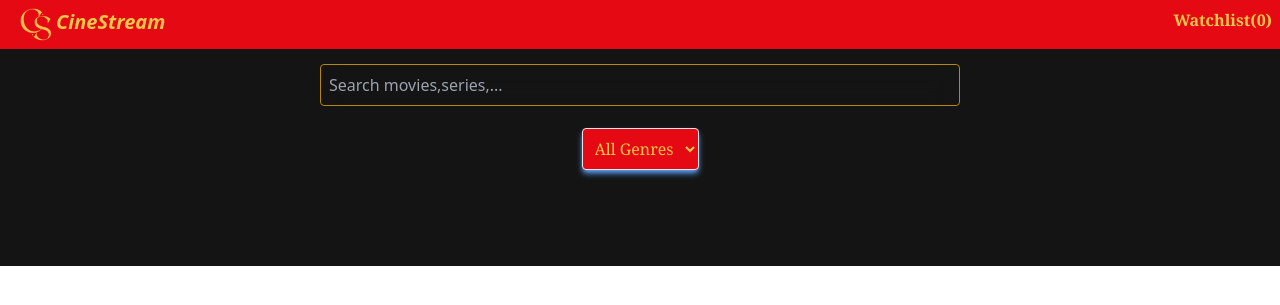
Repository: Reshmashameem31/Cine-Stream
Page: /watchlist (app in movie-project/)
The author's editor kept a copy of each file at every save. The page is drawn from the files as they stood at one save, then again after the next save.
The browser window is 1280 px wide. The pictures show the whole page.
The page's requests for data from a server got no answer. The project was rebuilt for these pictures with package versions that can differ from the ones it lists, and the page was loaded fresh each time. Some packages were replaced by stand-ins written for this rebuild. No one was signed in, and anything a server would have sent is missing. Also part of the build but not shown: movie-project/vite.config.js, movie-project/src/Components/Moviecard.jsx, movie-project/src/Components/GoldenSprinkles.jsx, movie-project/src/pages/Home.jsx.

Above is the page before, as saved 2025-08-17 14:04:28.

### movie-project/src/App.jsx
import {BrowserRouter,Routes,Route} from 'react-router-dom'

import { useState } from 'react'
import Navbar from './pages/Navbar'
import Watchlist from './pages/WatchList'
import Home from './pages/Home'
import { WatchListProvider } from './context/WatchListContext'
function App() {
  const [count, setCount] = useState(0)

  return (
   <WatchListProvider>
    <BrowserRouter>

    <Navbar/>
    <Routes>
      <Route path='/' element={<Home/>}></Route>
        <Route path='/watchlist' element={<Watchlist/>}></Route>
    </Routes>
    </BrowserRouter></WatchListProvider>
  )
}

export default App

### movie-project/src/pages/Navbar.jsx
import React, { useContext } from 'react'
import { Link } from 'react-router-dom'
import { WatchListContext } from '../context/WatchListContext'

const Navbar = () => {
const{watchlist}  =useContext(WatchListContext)
  return (
    <nav className='p-2 bg-[#E50914]  text-[rgb(248,199,76)] flex justify-between fixed w-full top-0 z-10'>
      <Link to="/" className='font-bold text-xl hover:text-[#B88608] flex gap-1 italic'><img src='icon.png'className='w-8 ml-3' />CineStream</Link>
      <Link to="/watchlist" className='text-l font-semibold font-serif hover:text-[#B88608]'>Watchlist({watchlist.length})</Link>
    </nav>
  )
}

export default Navbar

### movie-project/src/pages/WatchList.jsx
import React, { useState,useContext } from 'react'
import GenreFilter from '../Components/GenreFilter'
import { WatchListContext } from '../context/WatchListContext'
import Moviecard from '../Components/Moviecard'
const Watchlist = () => {
const  {watchlist,genreList}=useContext(WatchListContext)
 const[search,setSearch]=useState("")
 const filteredMovies=watchlist.filter((movie)=>
movie.title.toLowerCase().includes(search.toLowerCase()))

  return (
    <div className='p-4 pt-16 bg-[#141414] '>
        <input type='text' placeholder='Search movies,series,...'
         className='p-2 w-3/4 md:w-1/2 border rounded border-[#B8860B]
          bg-[#141414] bg-opacity-60 backdrop-blur-md text-white fixed  left-1/4 z-10 top-16'
          onChange={(e)=>setSearch(e.target.value)} />

          <div className='mt-16 flex justify-center'>
            <GenreFilter genreList={genreList}/>
          </div>
           <div className='movies-container grid grid-col-1 md:grid-cols-3 lg:grid-cols-4 gap-4 mt-16 group'>
        {filteredMovies.map(movie => (
          <Moviecard key={movie.id} movie={movie} />
        ))}
      </div>

          </div>
  )
}

export default Watchlist

### movie-project/src/context/WatchListContext.jsx
import {createContext, useState ,useEffect} from "react";

export const WatchListContext=createContext();
export const WatchListProvider=({children})=>{
    const[watchlist,setWatchlist]=useState([]);
    const[genreList,setGenreList]=useState([]);
    useEffect(() => {
       let url=`https://api.themoviedb.org/3/genre/movie/list?api_key=56234f0812d9ba8a5cd3570633fcb315`;

        fetch(url)
          .then(response => response.json())
          .then(data => setGenreList(data.genres||[]))
      }, [])

    const toggleWatchlist=(movie)=>{
        const index=watchlist.findIndex((m)=>m.id===movie.id);
        if(index===-1){
            setWatchlist([...watchlist,movie])
        }
        else{
            setWatchlist([...watchlist.slice(0,index),...watchlist.slice(index+1)])
        }
    }
    return(
        <WatchListContext.Provider value={{watchlist,toggleWatchlist,genreList}}>
            {children}
        </WatchListContext.Provider>
    )
}

### movie-project/src/Components/GenreFilter.jsx
import React from 'react'

const GenreFilter = ({genreList}) => {

  return (
    <select className='p-2 bg-[#E50914]  text-[rgb(248,199,76)] shadow-md shadow-blue-400  backdrop-blur-md border rounded font-serif mb-4'>
        <option value=''>All Genres</option>
        {genreList.map((genre)=>{
          return(
            <option key={genre} value={genre.id}>{genre.name}</option>
          )
        })

        }

    </select>
  )
}

export default GenreFilter

Loaded but not shown: movie-project/index.html (common file); movie-project/src/main.jsx (common file); movie-project/src/index.css (common file); movie-project/tailwind.config.js (common file)

After the next save:
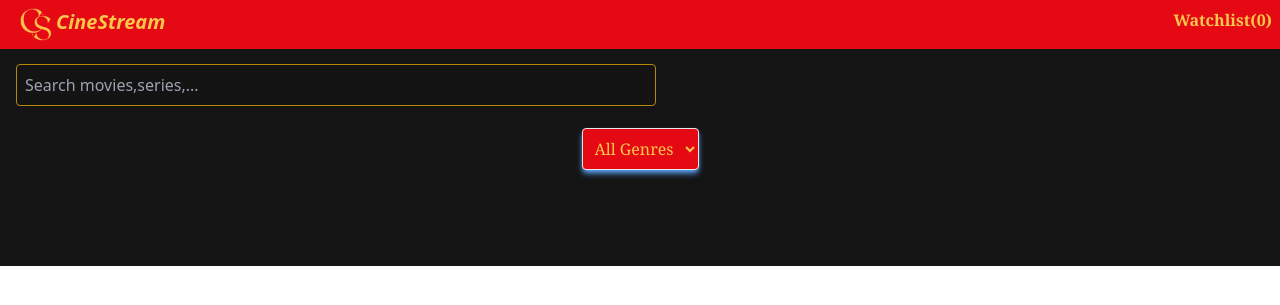
Saved 2 min 30 s later.
--- a/movie-project/src/pages/WatchList.jsx
+++ b/movie-project/src/pages/WatchList.jsx
@@ -12,7 +12,7 @@
     <div className='p-4 pt-16 bg-[#141414] '>
         <input type='text' placeholder='Search movies,series,...'
          className='p-2 w-3/4 md:w-1/2 border rounded border-[#B8860B]
-          bg-[#141414] bg-opacity-60 backdrop-blur-md text-white fixed  left-1/4 z-10 top-16'
+          bg-[#141414] bg-opacity-60 backdrop-blur-md text-white fixed  mdleft-1/4 z-10 top-16'
           onChange={(e)=>setSearch(e.target.value)} />
 
           <div className='mt-16 flex justify-center'>

After the 3 saves that followed:
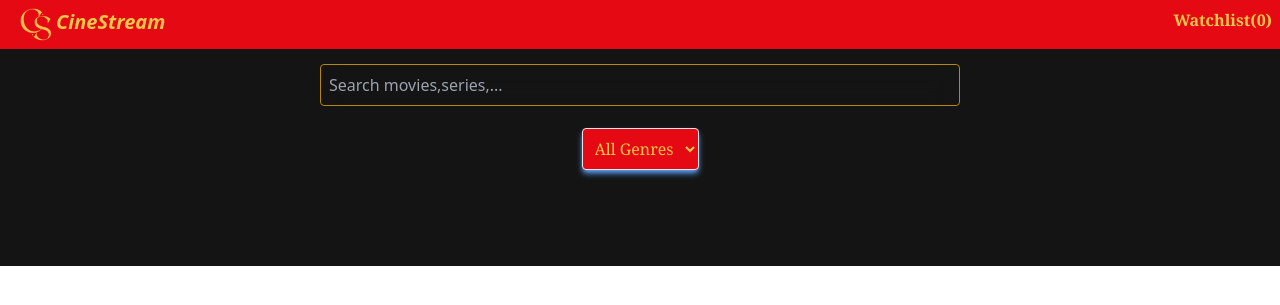
The 3 saves are shown as one change because they came seconds apart.
The last was saved 8 s later.
--- a/movie-project/src/pages/WatchList.jsx
+++ b/movie-project/src/pages/WatchList.jsx
@@ -12,7 +12,7 @@
     <div className='p-4 pt-16 bg-[#141414] '>
         <input type='text' placeholder='Search movies,series,...'
          className='p-2 w-3/4 md:w-1/2 border rounded border-[#B8860B]
-          bg-[#141414] bg-opacity-60 backdrop-blur-md text-white fixed  mdleft-1/4 z-10 top-16'
+          bg-[#141414] bg-opacity-60 backdrop-blur-md text-white fixed left md:left-1/4 z-10 top-16'
           onChange={(e)=>setSearch(e.target.value)} />
 
           <div className='mt-16 flex justify-center'>
